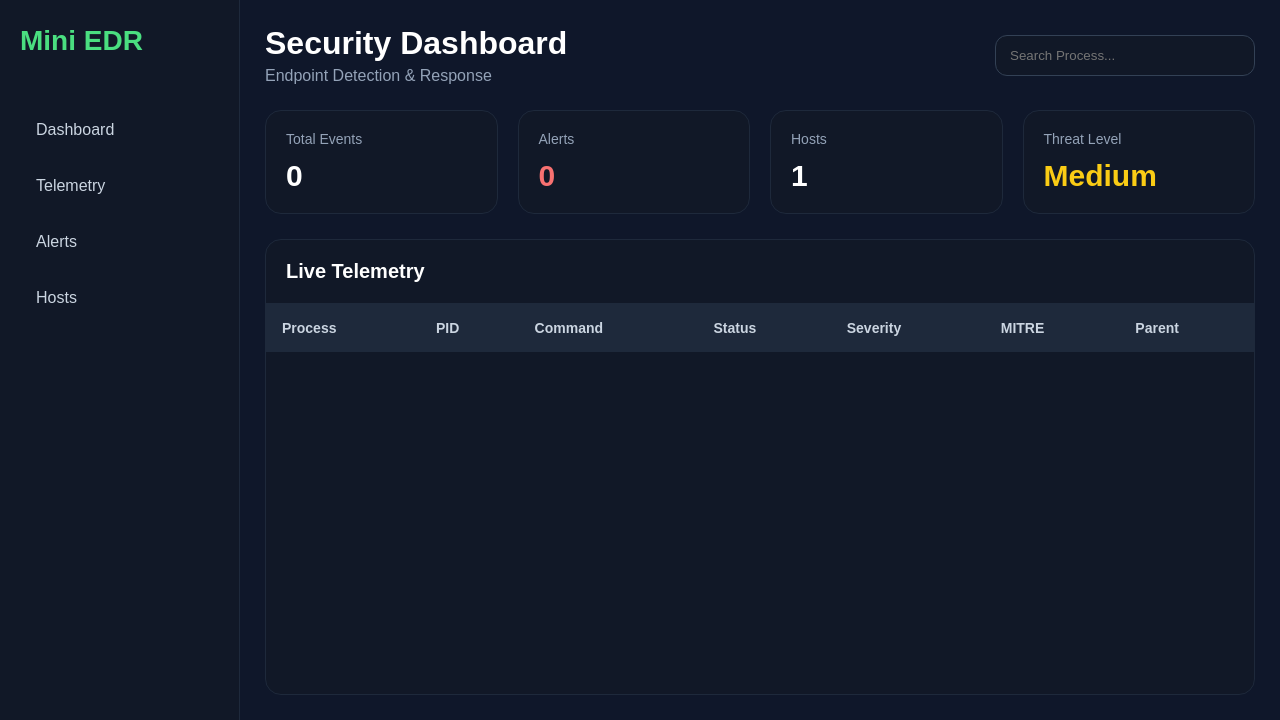
Repository: Mohitkumar1322/ShadowOne-EDR
Page: / (app in mini-edr/dashboard/)
These files come from the project's save history. The page is drawn as it stood at one moment and after a run of saves; the edit follows.
The browser window is 1280 px wide. The pictures show the whole page.
The page's requests for data from a server got no answer. The project was rebuilt for these pictures with package versions that can differ from the ones it lists, and the page was loaded fresh each time. No one was signed in, and anything a server would have sent is missing.

Above is the page before, as saved 2026-05-27 12:02:13.

### mini-edr/dashboard/src/App.js
import { useEffect, useState } from "react";
import axios from "axios";

import "./styles.css";

function App() {
  const [events, setEvents] = useState([]);
  const [search, setSearch] = useState("");

  useEffect(() => {
    fetchTelemetry();

    const interval = setInterval(() => {
      fetchTelemetry();
    }, 5000);

    return () => clearInterval(interval);
  }, []);

  const fetchTelemetry = async () => {
    try {
      const response = await axios.get("http://127.0.0.1:8000/telemetry");

      setEvents(response.data);
    } catch (error) {
      console.log(error);
    }
  };

  const filteredEvents = events.filter((event) =>
    event.process_name?.toLowerCase().includes(search.toLowerCase()),
  );

  const alertCount = events.filter((event) => event.alert).length;
  const alerts = events.filter(
  (event) => event.alert
);

  return (
    <div className="app">
      {/* SIDEBAR */}

      <div className="sidebar">
        <div className="logo">Mini EDR</div>

        <div className="sidebar-menu">
          <div className="sidebar-item">Dashboard</div>

          <div className="sidebar-item">Telemetry</div>

          <div className="sidebar-item">Alerts</div>

          <div className="sidebar-item">Hosts</div>
        </div>
      </div>

      {/* MAIN */}

      <div className="main">
        {/* TOPBAR */}

        <div className="topbar">
          <div className="dashboard-title">
            <h1>Security Dashboard</h1>

            <p>Endpoint Detection & Response</p>
          </div>

          <input
            type="text"
            placeholder="Search Process..."
            className="search-box"
            value={search}
            onChange={(e) => setSearch(e.target.value)}
          />
        </div>

        {/* STATS */}

        <div className="stats-grid">
          <div className="stat-card">
            <div className="stat-title">Total Events</div>

            <div className="stat-value">{events.length}</div>
          </div>

          <div className="stat-card">
            <div className="stat-title">Alerts</div>

            <div className="stat-value" style={{ color: "#f87171" }}>
              {alertCount}
            </div>
          </div>

          <div className="stat-card">
            <div className="stat-title">Hosts</div>

            <div className="stat-value">1</div>
          </div>

          <div className="stat-card">
            <div className="stat-title">Threat Level</div>

            <div className="stat-value" style={{ color: "#facc15" }}>
              Medium
            </div>
          </div>
        </div>

        {/* TABLE */}

        <div className="table-container">
          <div className="table-header">Live Telemetry</div>

          <div className="table-scroll">
            <table>
              <thead>
                <tr>
                  <th>Process</th>
                  <th>PID</th>
                  <th>Command</th>
                  <th>Status</th>
                  <th>Severity</th>
                  <th>MITRE</th>
                  <th>Parent</th>
                </tr>
              </thead>

              <tbody>
                {filteredEvents
                  .slice()
                  .reverse()
                  .map((event, index) => (
                    <tr key={index}>
                      <td>{event.process_name}</td>

                      <td>{event.pid}</td>

                      <td className="command">{event.cmdline}</td>

                      <td>
                        {event.alert ? (
                          <span className="alert">{event.alert}</span>
                        ) : (
                          <span className="safe">SAFE</span>
                        )}
                      </td>

                      <td>
                        {event.severity ? (
                          <span
                            style={{
                              color:
                                event.severity === "critical"
                                  ? "red"
                                  : event.severity === "high"
                                    ? "orange"
                                    : "yellow",
                            }}
                          >
                            {event.severity}
                          </span>
                        ) : (
                          "-"
                        )}
                      </td>

                      <td>{event.mitre || "-"}</td>
                      <td>{event.parent_process}</td>
                    </tr>
                  ))}
              </tbody>
            </table>
          </div>
        </div>
      </div>
    </div>
  );
}

export default App;

### mini-edr/dashboard/src/styles.css
* {
  margin: 0;
  padding: 0;
  box-sizing: border-box;
}

body {
  background-color: #0f172a;
  color: white;
  font-family: Arial, sans-serif;
  overflow: hidden;
}

.app {
  display: flex;
  height: 100vh;
  width: 100vw;
}

/* SIDEBAR */

.sidebar {
  width: 240px;
  background-color: #111827;
  border-right: 1px solid #1e293b;
  padding: 25px 20px;
  display: flex;
  flex-direction: column;
  justify-content: flex-start;
}

.logo {
  font-size: 28px;
  font-weight: bold;
  color: #4ade80;
  margin-bottom: 50px;
}

.sidebar-menu {
  display: flex;
  flex-direction: column;
  gap: 10px;
}

.sidebar-item {
  padding: 14px 16px;
  border-radius: 10px;
  cursor: pointer;
  color: #cbd5e1;
  transition: 0.3s;
}

.sidebar-item:hover {
  background-color: #1e293b;
  color: #4ade80;
}

/* MAIN */

.main {
  flex: 1;
  padding: 25px;
  display: flex;
  flex-direction: column;
  overflow: hidden;
}

/* TOPBAR */

.topbar {
  display: flex;
  justify-content: space-between;
  align-items: center;
  margin-bottom: 25px;
}

.dashboard-title h1 {
  font-size: 32px;
  margin-bottom: 5px;
}

.dashboard-title p {
  color: #94a3b8;
}

.search-box {
  padding: 12px 14px;
  width: 260px;
  background-color: #111827;
  border: 1px solid #334155;
  border-radius: 12px;
  color: white;
  outline: none;
}

/* STATS */

.stats-grid {
  display: grid;
  grid-template-columns: repeat(4, 1fr);
  gap: 20px;
  margin-bottom: 25px;
}

.stat-card {
  background-color: #111827;
  border: 1px solid #1e293b;
  padding: 20px;
  border-radius: 16px;
}

.stat-title {
  color: #94a3b8;
  margin-bottom: 12px;
  font-size: 14px;
}

.stat-value {
  font-size: 30px;
  font-weight: bold;
}

/* TABLE SECTION */

.table-container {
  background-color: #111827;
  border: 1px solid #1e293b;
  border-radius: 16px;
  display: flex;
  flex-direction: column;
  flex: 1;
  overflow: hidden;
}

.table-header {
  padding: 20px;
  border-bottom: 1px solid #1e293b;
  font-size: 20px;
  font-weight: bold;
}

/* ONLY TABLE SCROLLS */

.table-scroll {
  overflow-y: auto;
  flex: 1;
}

/* CUSTOM SCROLLBAR */

.table-scroll::-webkit-scrollbar {
  width: 8px;
}

.table-scroll::-webkit-scrollbar-track {
  background: #111827;
}

.table-scroll::-webkit-scrollbar-thumb {
  background: #334155;
  border-radius: 20px;
}

/* TABLE */

table {
  width: 100%;
  border-collapse: collapse;
}

thead {
  background-color: #1e293b;
  position: sticky;
  top: 0;
}

th {
  text-align: left;
  padding: 16px;
  color: #cbd5e1;
  font-size: 14px;
}

td {
  padding: 16px;
  border-bottom: 1px solid #1e293b;
  font-size: 14px;
}

tr:hover {
  background-color: #1e293b;
}

.command {
  color: #94a3b8;
  max-width: 500px;
  overflow: hidden;
  text-overflow: ellipsis;
  white-space: nowrap;
}

/* STATUS */

.safe {
  background-color: rgba(34, 197, 94, 0.2);
  color: #4ade80;
  padding: 6px 14px;
  border-radius: 20px;
  font-size: 13px;
}

.alert {
  background-color: rgba(239, 68, 68, 0.2);
  color: #f87171;
  padding: 6px 14px;
  border-radius: 20px;
  font-size: 13px;
}

/* RESPONSIVE */

@media (max-width: 1100px) {

  .stats-grid {
    grid-template-columns: repeat(2, 1fr);
  }

}

@media (max-width: 768px) {

  .sidebar {
    display: none;
  }

  .stats-grid {
    grid-template-columns: 1fr;
  }

  .topbar {
    flex-direction: column;
    align-items: flex-start;
    gap: 15px;
  }

  .search-box {
    width: 100%;
  }

}

Loaded but not shown: mini-edr/dashboard/public/index.html (common file); mini-edr/dashboard/src/index.js (common file); mini-edr/dashboard/src/index.css (common file); mini-edr/dashboard/src/reportWebVitals.js (common file)

After the next 2 saves:
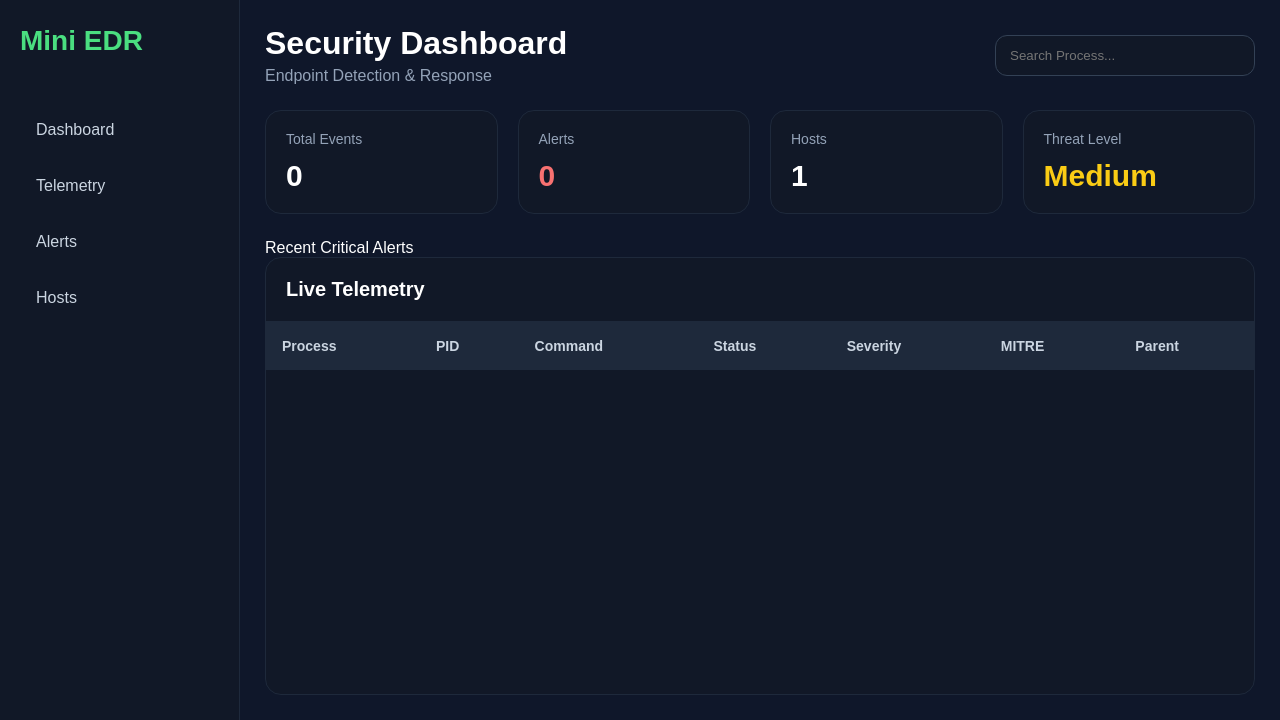
The 2 saves are shown as one change because they came seconds apart.
The last was saved 70 s later.
--- a/mini-edr/dashboard/src/App.js
+++ b/mini-edr/dashboard/src/App.js
@@ -32,9 +32,7 @@ function App() {
   );
 
   const alertCount = events.filter((event) => event.alert).length;
-  const alerts = events.filter(
-  (event) => event.alert
-);
+  const alerts = events.filter((event) => event.alert);
 
   return (
     <div className="app">
@@ -108,6 +106,39 @@ function App() {
         </div>
 
         {/* TABLE */}
+        {/* ALERT PANEL */}
+
+        <div className="alerts-section">
+          <div className="alerts-title">Recent Critical Alerts</div>
+
+          <div className="alerts-grid">
+            {alerts
+              .slice()
+              .reverse()
+              .slice(0, 4)
+              .map((alert, index) => (
+                <div className="alert-card" key={index}>
+                  <div className="alert-header">
+                    <div className="alert-name">{alert.alert}</div>
+
+                    <div className={`severity ${alert.severity}`}>
+                      {alert.severity}
+                    </div>
+                  </div>
+
+                  <div className="alert-process">
+                    <strong>Process:</strong> {alert.process_name}
+                  </div>
+
+                  <div className="alert-process">
+                    <strong>Parent:</strong> {alert.parent_process}
+                  </div>
+
+                  <div className="mitre-tag">MITRE: {alert.mitre}</div>
+                </div>
+              ))}
+          </div>
+        </div>
 
         <div className="table-container">
           <div className="table-header">Live Telemetry</div>
